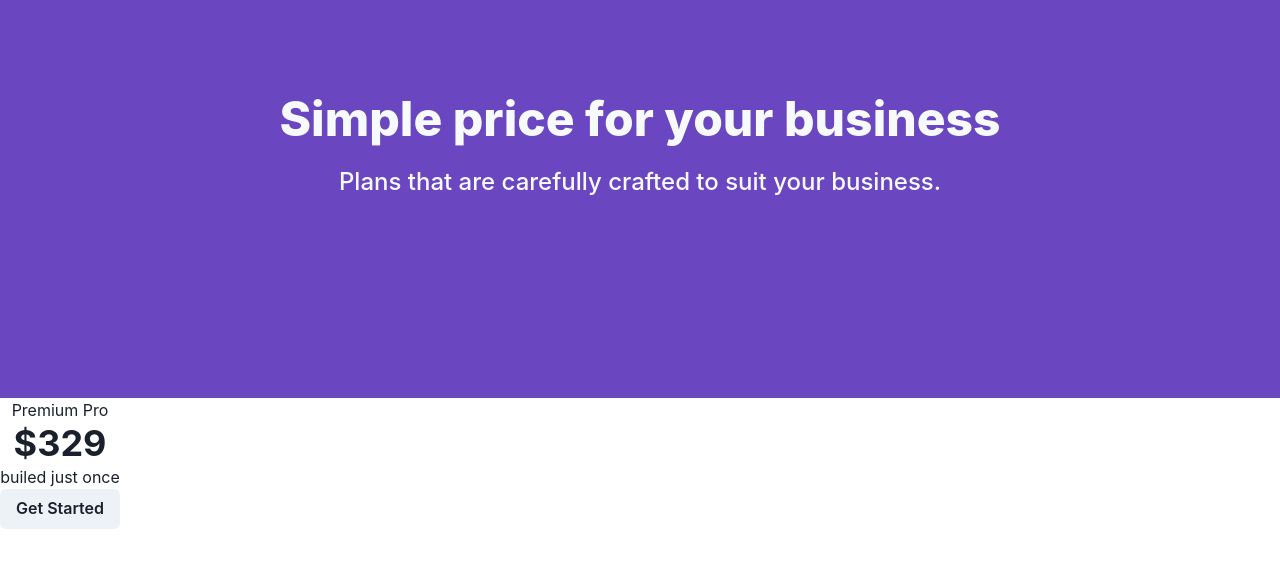
Repository: noutijo/learn-in-depth-chakra-ui
Page: /
An editor plug-in stored every save of this project. The page is shown before and after the next save, followed by the edit.
The browser window is 1280 px wide. The pictures show the whole page.
The project was rebuilt for these pictures with package versions that can differ from the ones it lists, and the page was loaded fresh each time. Also part of the build but not shown: vite.config.ts.

Above is the page before, as saved 2023-01-30 15:35:17.

### src/main.tsx
import React from 'react'
import ReactDOM from 'react-dom/client'
import App from './App'
import { ChakraProvider } from "@chakra-ui/react"

ReactDOM.createRoot(document.getElementById('root') as HTMLElement).render(
  <ChakraProvider>
  <React.StrictMode>
    <App />
  </React.StrictMode>
  </ChakraProvider>,
)

### src/App.tsx
//import './App.css'
import "./App.css";
import { Box, Flex, Stack, VStack, HStack } from "@chakra-ui/react";
import { Header  } from "./components/Header";
import { Pricing } from "./components/Pricing";

export default function App() {
  return (
    <div className="App">
      <Box>
        <Header />
        <Pricing />
      </Box>
    </div>
  );
}

### src/App.css
#root {
  max-width: 1280px;
  margin: 0 auto;
  text-align: center;
}

.logo {
  height: 6em;
  padding: 1.5em;
  will-change: filter;
}
.logo:hover {
  filter: drop-shadow(0 0 2em #646cffaa);
}
.logo.react:hover {
  filter: drop-shadow(0 0 2em #61dafbaa);
}

@keyframes logo-spin {
  from {
    transform: rotate(0deg);
  }
  to {
    transform: rotate(360deg);
  }
}

@media (prefers-reduced-motion: no-preference) {
  a:nth-of-type(2) .logo {
    animation: logo-spin infinite 20s linear;
  }
}

.card {
  padding: 2em;
}

.read-the-docs {
  color: #888;
}

### src/components/Header.tsx
//import './App.css'
import { Box, Heading, Text, Flex } from "@chakra-ui/react";

export function Header() {
  return (
    <Box as="section" color="#F7FAFC" bg="#6b46c1" pt="90px" pb="198px" px="32px">
      <Heading fontWeight={800} fontSize={"48px"}>
        Simple price for your business
      </Heading>
      <Text fontWeight={500} fontSize={"24px"} mt="16px">
        Plans that are carefully crafted to suit your business.
      </Text>
    </Box>
  );
}

### src/components/Pricing.tsx
//import './App.css'
import { Box, Heading, Text, Flex, Button } from "@chakra-ui/react";

export function Pricing() {
  return (
    <Box>
      <Flex>
        <Box>
            <Text fontSize={""}>Premium Pro</Text>
            <Heading>$329</Heading>
            <Text>builed just once</Text>
            <Button>Get Started</Button>
        </Box>
        <Box></Box>
      </Flex>
    </Box>
  );
}

Loaded but not shown: index.html (common file)

After the next save:
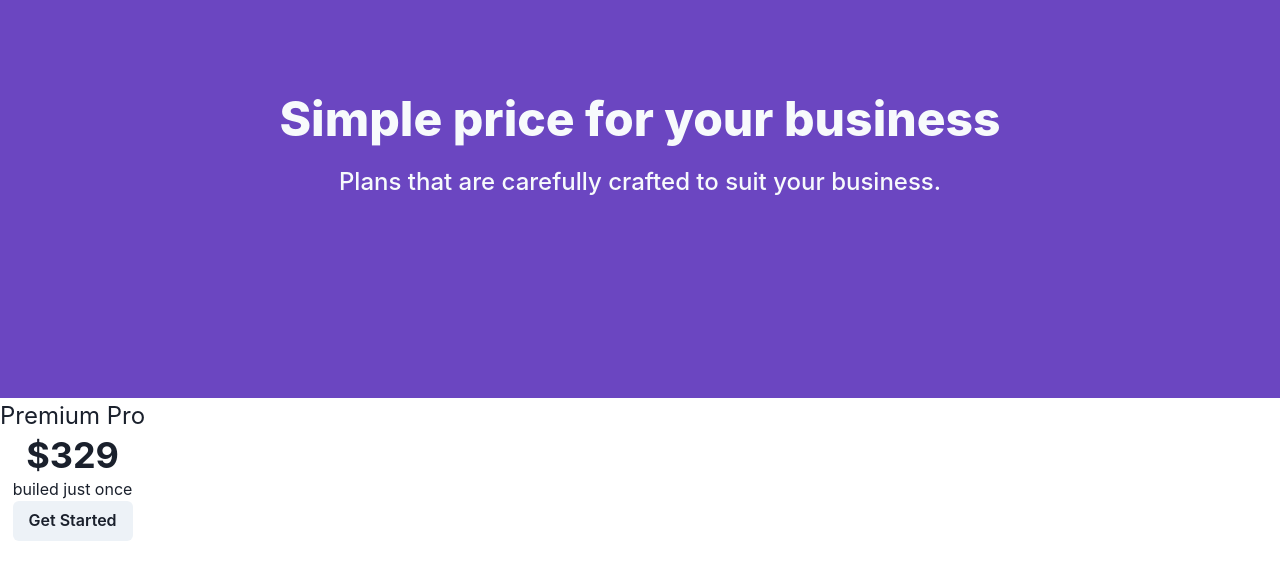
Saved 4 s later.
--- a/src/components/Pricing.tsx
+++ b/src/components/Pricing.tsx
@@ -6,7 +6,7 @@ export function Pricing() {
     <Box>
       <Flex>
         <Box>
-            <Text fontSize={""}>Premium Pro</Text>
+            <Text fontSize={"24px"}>Premium Pro</Text>
             <Heading>$329</Heading>
             <Text>builed just once</Text>
             <Button>Get Started</Button>
